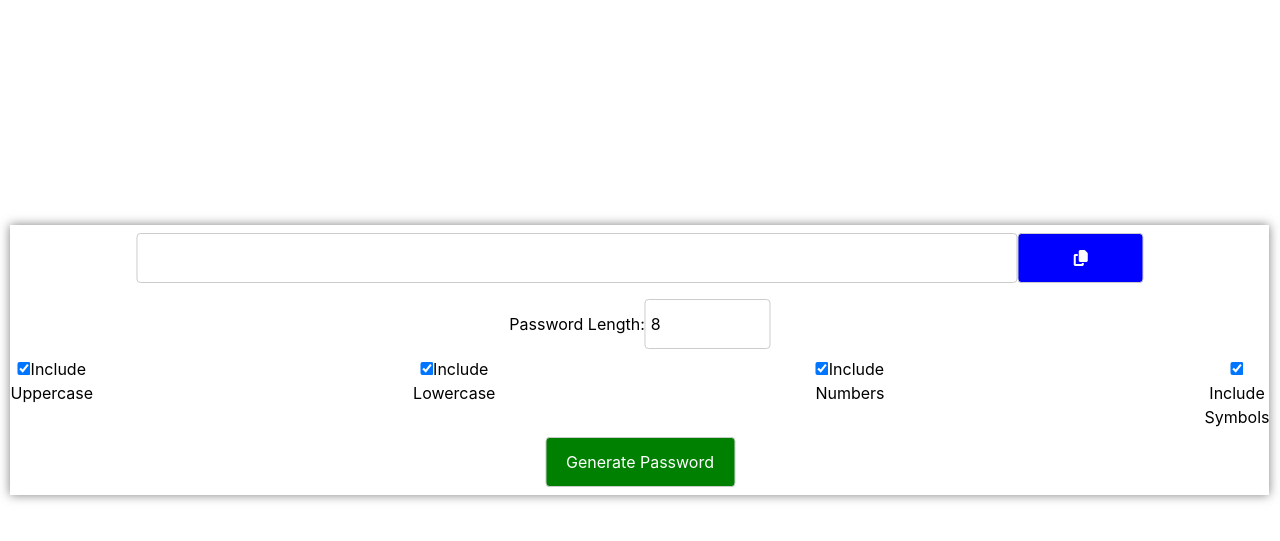
Repository: sriram1224/Password-generator
Page: / (app in password-generator/)
These files come from the project's save history. The page is drawn as it stood at one moment and after the next save; the edit follows.
The browser window is 1280 px wide. The pictures show the whole page.
Some web libraries are served in a nearby version. The project was rebuilt for these pictures with package versions that can differ from the ones it lists, and the page was loaded fresh each time.

Above is the page before, as saved 2024-03-10 21:51:38.

### password-generator/public/index.html
<!DOCTYPE html>
<html lang="en">

<head>
  <meta charset="utf-8" />
  <link rel="icon" href="%PUBLIC_URL%/favicon.ico" />
  <meta name="viewport" content="width=device-width, initial-scale=1" />
  <meta name="theme-color" content="#000000" />
  <meta name="description" content="Web site created using create-react-app" />

  <link rel="apple-touch-icon" href="%PUBLIC_URL%/logo192.png" />
  <link rel="stylesheet" href="https://cdnjs.cloudflare.com/ajax/libs/font-awesome/6.5.1/css/all.min.css"
    integrity="sha512-DTOQO9RWCH3ppGqcWaEA1BIZOC6xxalwEsw9c2QQeAIftl+Vegovlnee1c9QX4TctnWMn13TZye+giMm8e2LwA=="
    crossorigin="anonymous" referrerpolicy="no-referrer" />
  <link rel="manifest" href="%PUBLIC_URL%/manifest.json" />

  <title>React App</title>
</head>

<body>
  <noscript>You need to enable JavaScript to run this app.</noscript>
  <div id="root"></div>
  <script src="https://cdn.tailwindcss.com"></script>
</body>

</html>

### password-generator/src/App.js
import PasswordGenerator from './Components/content.js';
import './App.css';

function App() {
  return (
    <div className="App">
       <PasswordGenerator />

    </div>
  );
}

export default App;

### password-generator/src/Components/content.js
import React, { useState } from 'react';
import "./content.css"
const PasswordGenerator = () => {
  const [includeUppercase, setIncludeUppercase] = useState(true);

    const [includeLowercase, setIncludeLowercase] = useState(true);
  const [includeNumbers, setIncludeNumbers] = useState(true);

    const [includeSymbols, setIncludeSymbols] = useState(true);
  const [password, setPassword] = useState('');
  const [passwordLength, setPasswordLength] = useState(8);

  const generatePassword = () => {


      const uppercaseChars = 'ABCDEFGHIJKLMNOPQRSTUVWXYZ';
    const lowercaseChars = 'abcdefghijklmnopqrstuvwxyz';
    const numberChars = '0123456789';

      const symbolChars = '!@#$%^&*()_+-=[]{}|;:,.<>?';

    let chars = '';
    if (includeUppercase) chars += uppercaseChars;

      if (includeLowercase) chars += lowercaseChars;
    if (includeNumbers) chars += numberChars;

      if (includeSymbols) chars += symbolChars;

    let generatedPassword = '';

      for (let i = 0; i < passwordLength; i++) {
      const randomIndex = Math.floor(Math.random() * chars.length);
      generatedPassword += chars[randomIndex];
    }

      setPassword(generatedPassword);
  };

  const copyToClipboard = () => {
    navigator.clipboard.writeText(password);
  };

  return (
    <div class="main">


      <div>
        <input type="text" readOnly value={password} class="text-input"	 />
        <button onClick={copyToClipboard} class="copy"><i class="fa-solid fa-copy"></i></button>
          </div>
          <div>
        <label>
          Password Length:
          <input type="number" value={passwordLength} class="input-numbers" onChange={(e) => setPasswordLength(parseInt(e.target.value))} />
        </label>
          </div>
          <div class="checkboxed">
               <div>
        <label>
          <input type="checkbox" checked={includeUppercase} onChange={() => setIncludeUppercase(!includeUppercase)} />
          Include Uppercase
        </label>
      </div>
      <div>
        <label>
          <input type="checkbox" checked={includeLowercase} onChange={() => setIncludeLowercase(!includeLowercase)} />
          Include Lowercase
        </label>
      </div>
      <div>
        <label>
          <input type="checkbox" checked={includeNumbers} onChange={() => setIncludeNumbers(!includeNumbers)} />
          Include Numbers
        </label>
      </div>
      <div>
        <label>
          <input type="checkbox" checked={includeSymbols} onChange={() => setIncludeSymbols(!includeSymbols)} />
          Include Symbols
        </label>
              </div>
            </div>

          <button onClick={generatePassword} class="generate">Generate Password</button>
    </div>
  );
};

export default PasswordGenerator;

### password-generator/src/Components/content.css
.text-input{
    width: 70%;
    padding: 12px 20px;
    margin: 8px 0;
    display: inline-block;
    border: 1px solid #ccc;
    border-radius: 4px;
    box-sizing: border-box;
}
.copy{
    width: 10%;
    padding: 12px 20px;
    margin: 8px 0;
    display: inline-block;
    border: 1px solid #ccc;
    border-radius: 4px;
    box-sizing: border-box;
    background-color: blue;
    color: white;
}
.checkboxed{
    display: flex;
    gap: 20rem;
}
.generate{

    padding: 12px 20px;
    margin: 8px 0;
    display: inline-block;
    border: 1px solid #ccc;
    border-radius: 4px;
    box-sizing: border-box;
    background-color: green;
    color: white;
}
.input-numbers{
    width: 10%;
    padding: 12px 5px;
    margin: 8px 0;
    display: inline-block;
    border: 1px solid #ccc;
    border-radius: 4px;
    box-sizing: border-box;
}
@media screen and (max-width: 1100px) {


    .generate,
    .input-numbers {
        width: 100%;
    }

    .checkboxed {
        flex-direction: column;
        gap: 1rem;
    }
}
.main {
    box-shadow: 0px 0px 10px rgba(0, 0, 0, 0.5);
    /* Adjust as needed */
    position: absolute;
    top: 50%;
    left: 50%;
    transform: translate(-50%, -50%);
    /* Add width and height if necessary */
}

Loaded but not shown: password-generator/src/index.js (common file); password-generator/src/index.css (common file); password-generator/src/reportWebVitals.js (common file); password-generator/src/App.css (common file)

After the next save:
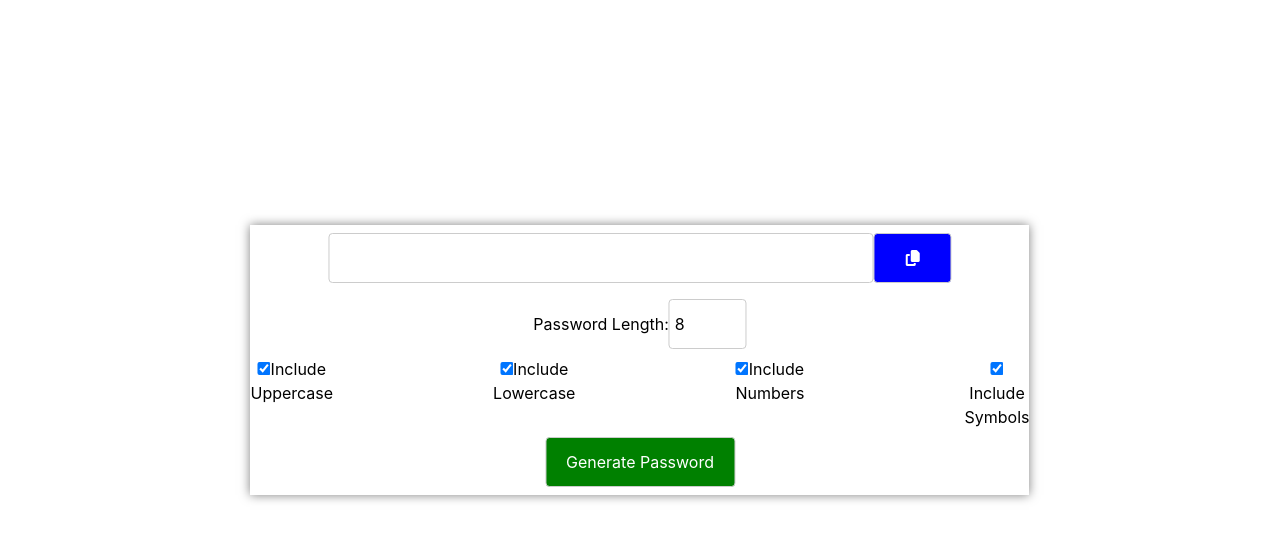
Saved 25 s later.
--- a/password-generator/src/Components/content.css
+++ b/password-generator/src/Components/content.css
@@ -20,7 +20,7 @@
 }
 .checkboxed{
     display: flex;
-    gap: 20rem;
+    gap: 10rem;
 }
 .generate{
 
